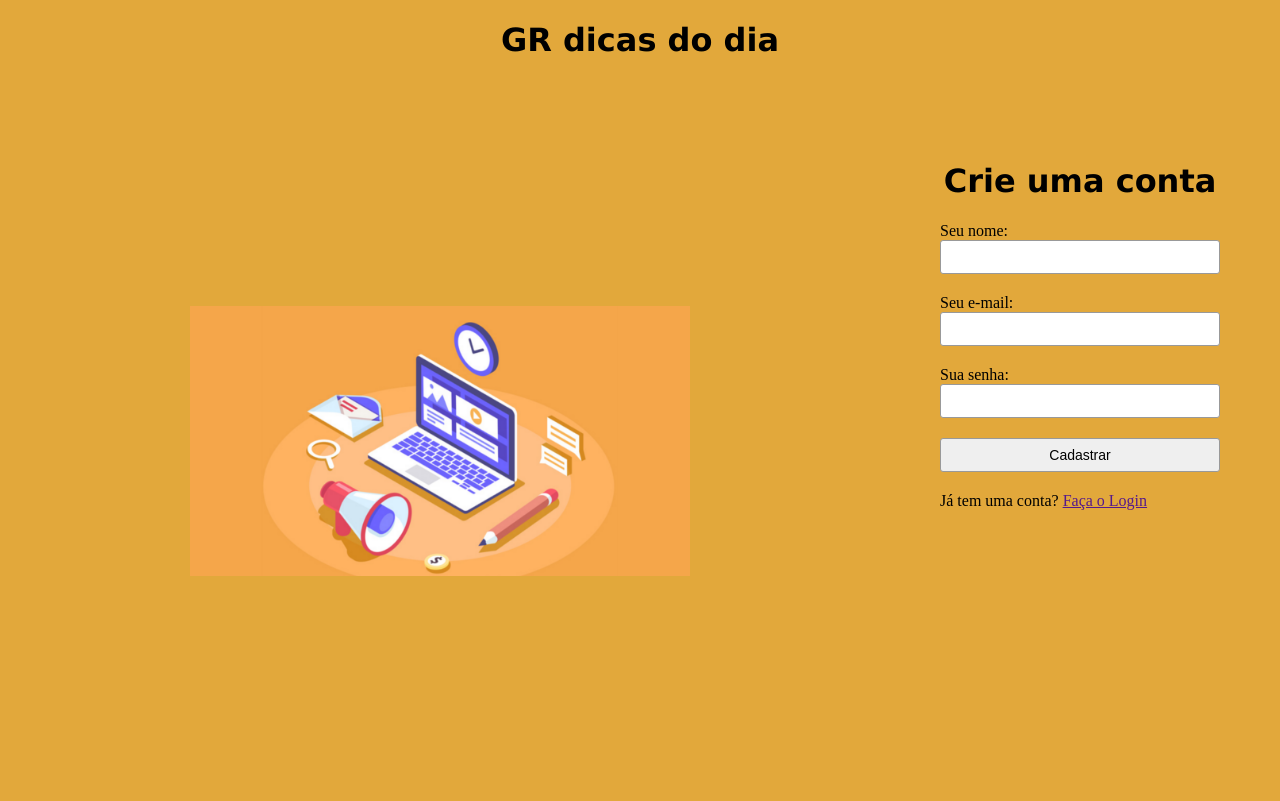
Repository: rafavirginio/tela-de-login
Page: index.html
These files come from the project's save history. The page is drawn as it stood at one moment and after the next save; the edit follows.
The browser window is 1280 px wide. The pictures show the whole page.

Above is the page before, as saved 2020-09-15 18:19:59.

### index.html
<!DOCTYPE html>
<html lang="en">

<head>
    <meta charset="UTF-8">
    <meta name="viewport" content="width=device-width, initial-scale=1.0">
    <title> Validador de Formulário </title>
    <link rel="stylesheet" href="style.css" />
    <h1>GR dicas do dia</h1>

</head>

<body>

    <div class="screen">
        <div class="leftside">
            <img src="imgGR.png" alt ""/>

        </div>
        <div class="rightside">
            <h1>Crie uma conta</h1>

            <form method="POST" action="cadastro.php" class="grValidator">


                <label>
                Seu nome: <br/>
                <input type="text" name="name" data-rules="required|min=2" />
            </label>
                <label>
                Seu e-mail: <br/>
                <input type="text" name="email" data-rules="required|email" />
            </label>
                <label>
                Sua senha: <br/>
                <input type="password" name="password"data-rules="required|min=4" />
                </label>
                <label>
                <input type="submit" value="Cadastrar" />
                </label>
            </form>
            <div>
                Já tem uma conta? <a href=""> Faça o Login</a>
            </div>
        </div>

        <script src="script.js"></script>
</body>

</html>

### style.css
* {
    box-sizing: border-box;
}

h1 {
    font-family: 'Lucida Sans', 'Lucida Sans Regular', 'Lucida Grande', 'Lucida Sans Unicode', Geneva, Verdana, sans-serif;
    display: flex;
    justify-content: center;
}

body {
    background-color: rgb(226, 168, 59);
    margin: 0;
    /* flex-wrap: wrap; */
}

.screen {
    display: flex;
    height: 100vh;
    flex-wrap: wrap;
}

.leftside {
    flex: 1;
    display: flex;
    justify-content: center;
    align-items: center;
}

.leftside img {
    max-width: 500px;
    height: auto;
}

.rightside {
    width: 400px;
    background-color: rgb(226, 168, 59);
    padding: 60px;
}

.rightside label {
    display: block;
    margin-bottom: 20px;
}

.rightside input {
    width: 100%;
    border: 1px solid #999;
    border-radius: 3px;
    padding: 8px;
    font-size: 14px;
    outline: 0;
}

.error {
    font-size: 11px;
    background-color: orangered;
    color: #FFF;
    padding: 4px;
    border-radius: 5px;
}

### script.js
let grValidator = {
    handleSubmit: (event) => {
        event.preventDefault();
        let send = true;

        let inputs = form.querySelectorAll('input');

        grValidator.clearErrors();

        for (let i = 0; i < inputs.length; i++) {
            let input = inputs[i];
            let check = grValidator.checkInput(input);
            if (check !== true) {
                send = false;
                grValidator.showError(input, check);
            }
        }

        if (send) {
            form.submit();
        }
    },
    checkInput: (input) => {
        let rules = input.getAttribute('data-rules');

        if (rules !== null) {
            rules = rules.split('|');
            for (let k in rules) {
                let rDetails = rules[k].split('=');
                switch (rDetails[0]) {
                    case 'required':
                        if (input.value == '') {
                            return 'Este campo é obrigatório.';
                        }
                        break;
                    case 'min':
                        if (input.value.length < rDetails[1]) {
                            return 'Campo deve conter pelo menos ' + rDetails[1] + ' caracteres';
                        }
                        break;
                    case 'email':
                        if (input.value != '') {
                            //validação email
                            let regex = /^(([^<>()\[\]\\.,;:\s@"]+(\.[^<>()\[\]\\.,;:\s@"]+)*)|(".+"))@((\[[0-9]{1,3}\.[0-9]{1,3}\.[0-9]{1,3}\.[0-9]{1,3}])|(([a-zA-Z\-0-9]+\.)+[a-zA-Z]{2,}))$/;
                            if (!regex.test(input.value.toLowerCase())) {
                                return 'E-mail digitado não é válido!';
                            }

                        }
                        break;
                }
            }
        }

        return true;
    },

    showError: (input, error) => {
        input.style.borderColor = '#FF0000';

        let errorElement = document.createElement('div');
        errorElement.classList.add('error');
        errorElement.innerHTML = error;

        input.parentElement.insertBefore(errorElement, input.ElementSibling)
    },
    clearErrors: () => {
        let inputs = form.querySelectorAll('input');
        for (let i = 0; i < inputs.length; i++) {
            inputs[i].style = '';
        }
        let errorElements = document.querySelectorAll('.error');
        for (let i = 0; i < errorElements.length; i++) {
            errorElements[i].remove();

        }
    }
};
let form = document.querySelector('.grValidator');
form.addEventListener('submit', grValidator.handleSubmit);

After the next save:
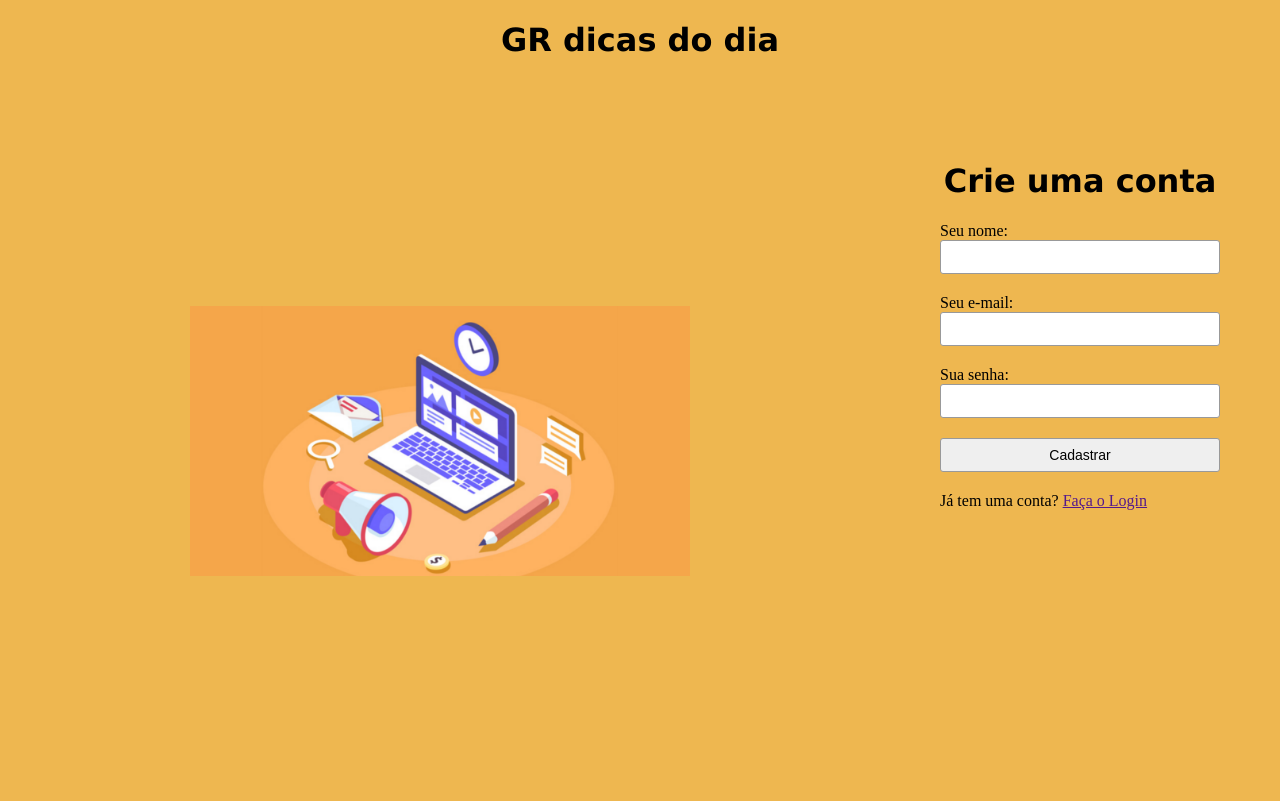
Saved 36 s later.
--- a/style.css
+++ b/style.css
@@ -9,7 +9,7 @@ h1 {
 }
 
 body {
-    background-color: rgb(226, 168, 59);
+    background-color: rgb(238, 183, 80);
     margin: 0;
     /* flex-wrap: wrap; */
 }
@@ -34,7 +34,7 @@ body {
 
 .rightside {
     width: 400px;
-    background-color: rgb(226, 168, 59);
+    background-color: rgb(238, 183, 80);
     padding: 60px;
 }
 
